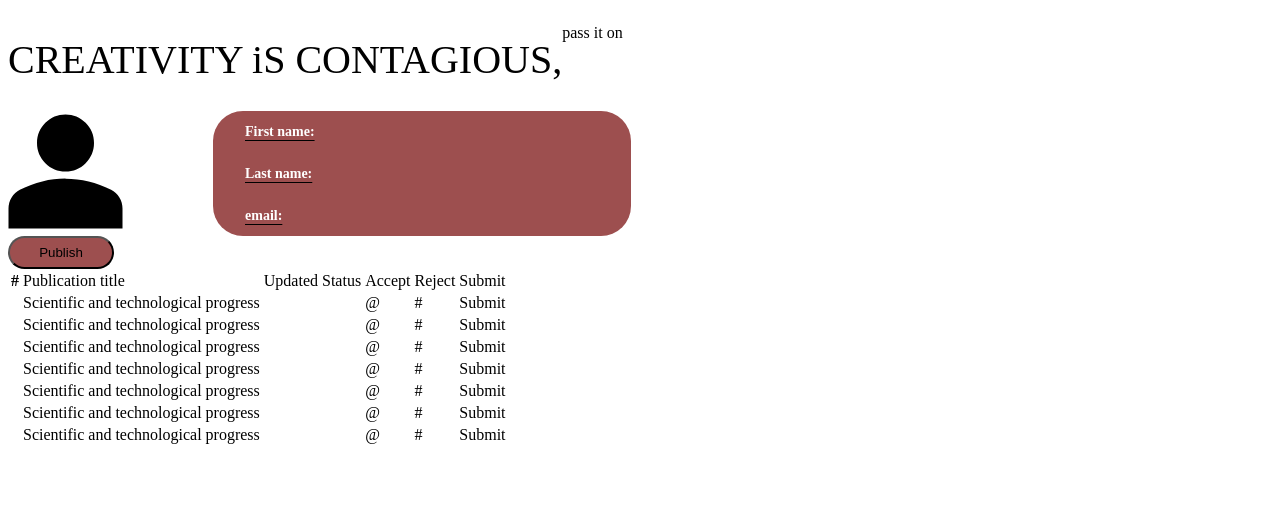
Repository: ceo-of-albeni/articles
Page: /
These files come from the project's save history. The page is drawn as it stood at one moment and after the next save; the edit follows.
The browser window is 1280 px wide. The pictures show the whole page.
The project was rebuilt for these pictures with package versions that can differ from the ones it lists, and the page was loaded fresh each time.

Above is the page before, as saved 2023-05-10 23:42:50.

After the next save:
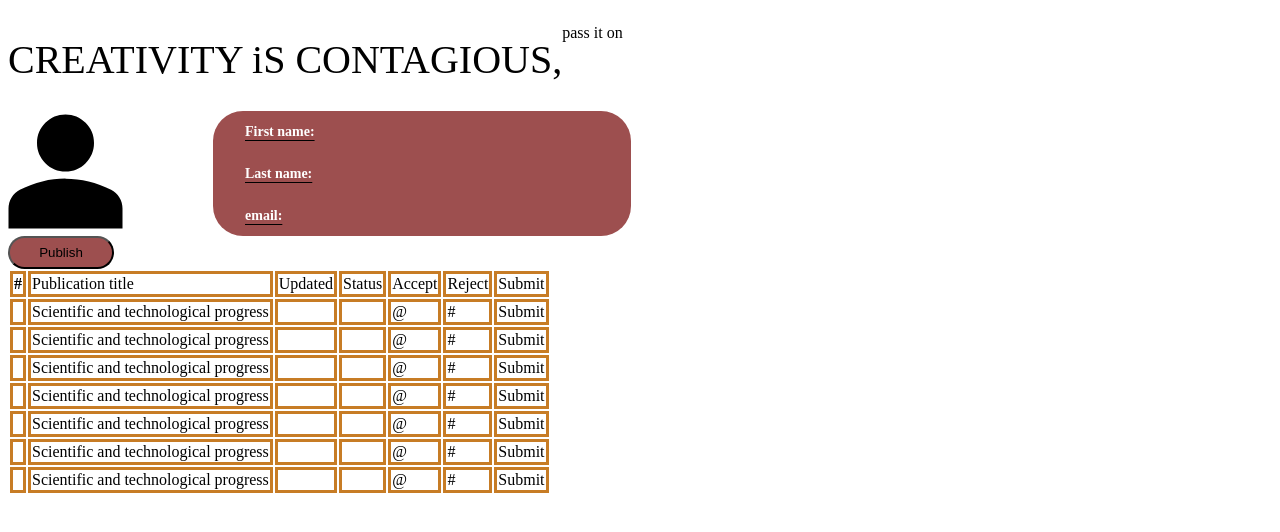
Saved 1 s later.
--- a/src/reviewer's profil/reviewer.css
+++ b/src/reviewer's profil/reviewer.css
@@ -60,5 +60,5 @@
   border-radius: 36.5px;
 }
 .reviewer_section .table table td, .reviewer_section .table table th {
-  border: px solid #C77C25;
-}/*# sourceMappingURL=reviewer_20230510234250.css.map */
+  border: 3px solid #C77C25;
+}/*# sourceMappingURL=reviewer_20230510234251.css.map */
